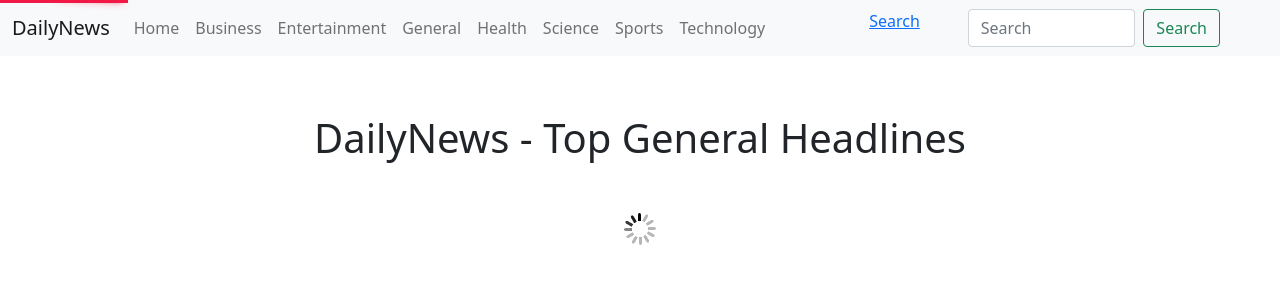
Repository: Bikki084/Daily_News
Page: /
The author's editor kept a copy of each file at every save. The page is drawn from the files as they stood at one save, then again after the next save.
The browser window is 1280 px wide. The pictures show the whole page.
The page's requests for data from a server got no answer. The project was rebuilt for these pictures with package versions that can differ from the ones it lists, and the page was loaded fresh each time. No one was signed in, and anything a server would have sent is missing. Also part of the build but not shown: src/App.css, src/components/NewsItem.js.

Above is the page before, as saved 2021-12-21 23:50:42.

After the next save:
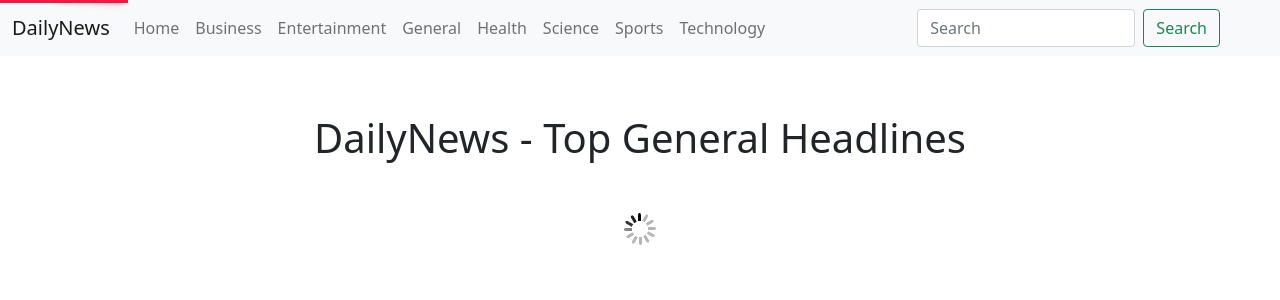
Saved 4 min 34 s later.
--- a/src/components/NavBar.js
+++ b/src/components/NavBar.js
@@ -24,7 +24,7 @@ const NavBar = () => {
                             <li className="nav-item"><Link className="nav-link" to="/sports">Sports</Link></li>
                             <li className="nav-item"><Link className="nav-link" to="/technology">Technology</Link></li>
                         </ul>
-                        <form className="d-flex mx-5" method="get"> <Link className="d-flex mx-5" to="/Search">Search</Link>
+                        <form className="d-flex mx-5" method="get"> <Link className="d-flex mx-5" to="/Search"></Link>
                             <input class="form-control me-2" type="search" placeholder="Search" aria-label="Search" />
                             <button class="btn btn-outline-success" type="submit">Search </button>
                         </form>
